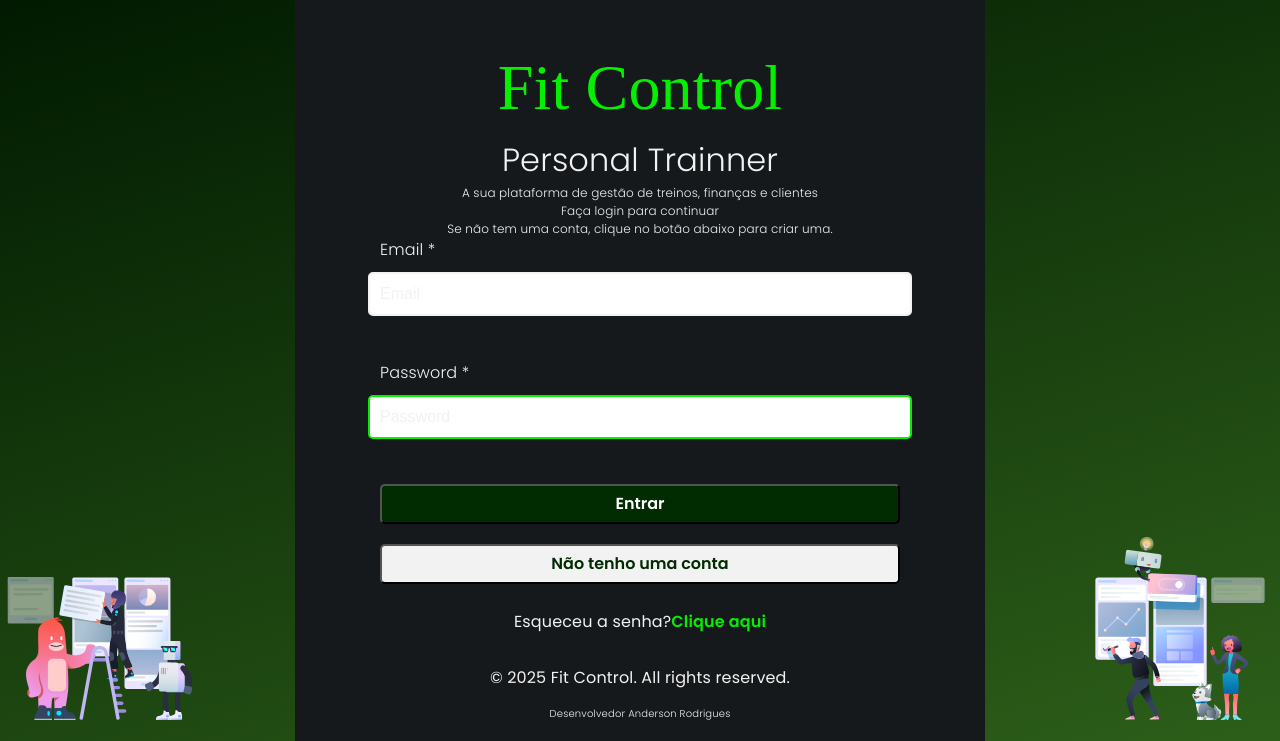
Repository: fit-control/frontend-fit-control
Page: /
An editor plug-in stored every save of this project. The page is shown before and after the next save, followed by the edit.
The browser window is 1280 px wide. The pictures show the whole page.
Some web fonts or font styles are not loaded; a fallback is used. The project was rebuilt for these pictures with package versions that can differ from the ones it lists, and the page was loaded fresh each time. Settings that the repository does not hold, such as keys and server addresses, were given made-up values. Also part of the build but not shown: next.config.js, vite.config.ts, src/components/containerCenterCadastro.tsx, src/pages/About.tsx, src/pages/NotFound.tsx, src/components/AuthRoutes.tsx, src/pages/PaginaTeste.tsx.

Above is the page before, as saved 2025-03-23 16:35:29.

After the next save:
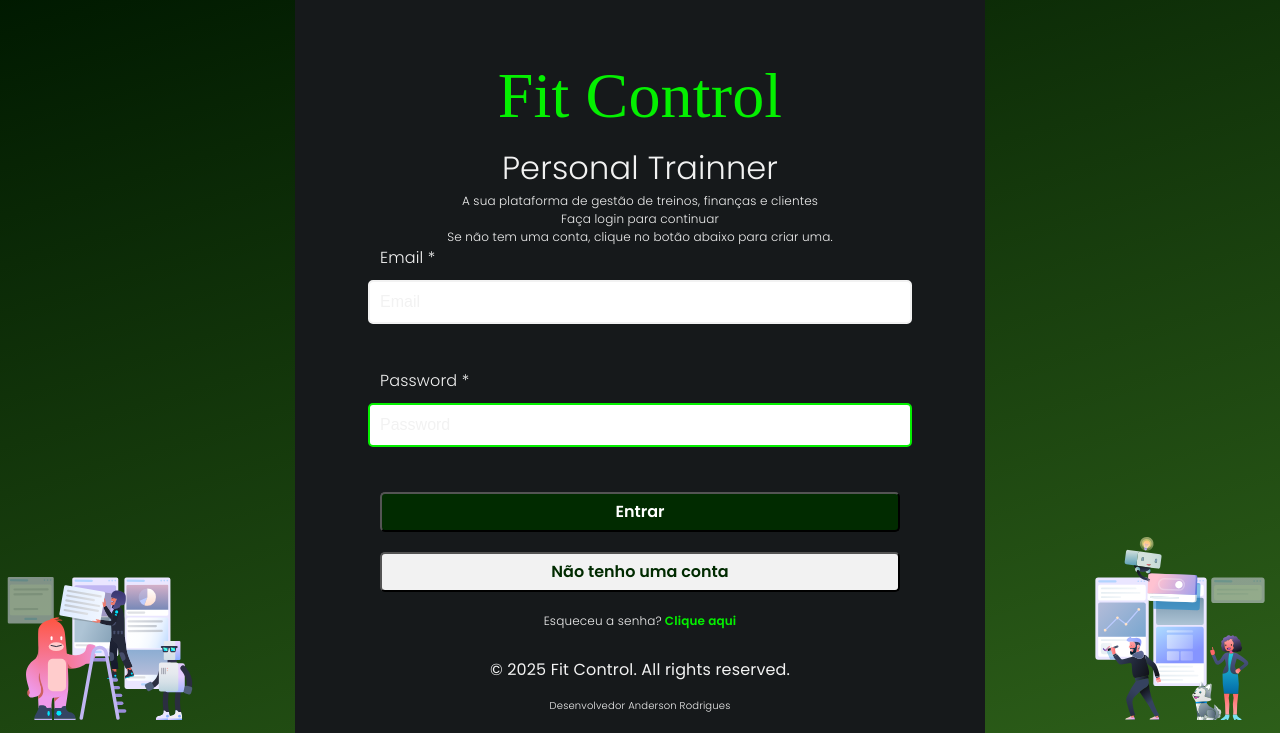
Saved 16 s later.
--- a/src/components/containerCenterLogin.tsx
+++ b/src/components/containerCenterLogin.tsx
@@ -138,7 +138,7 @@ const ContainerCenterLogin = () => {
               reset(); // Reseta o formulário
             }, 1000);
           }}>Não tenho uma conta</button>
-          <p className="forgotPassword">Esqueceu a senha? <a onClick={(e) => {
+          <p className="tagRegister">Esqueceu a senha? <a onClick={(e) => {
             e.preventDefault(); // Impede a ação padrão do botão
             setTimeout(() => {
               navigate('/recuperar-senha');
